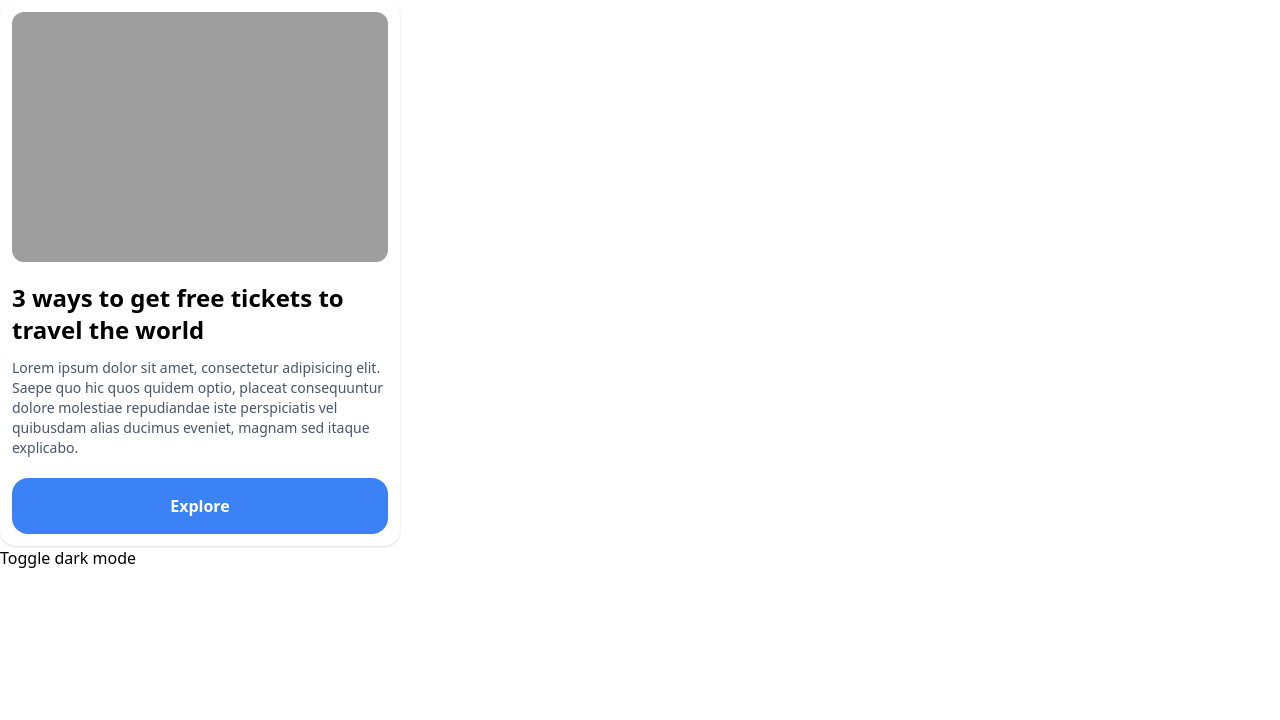
Repository: hoang0508/Learn-Redux-Evon
Page: /
An editor plug-in stored every save of this project. The page is shown before and after the next save, followed by the edit.
The browser window is 1280 px wide. The pictures show the whole page.
Pictures or frames that could not be fetched are drawn as grey boxes. The project was rebuilt for these pictures with package versions that can differ from the ones it lists, and the page was loaded fresh each time. Also part of the build but not shown: src/App.css.

Above is the page before, as saved 2022-06-20 09:20:41.

### src/index.js
import React from "react";
import { createRoot } from "react-dom/client";
import App from "./App";
import reportWebVitals from "./reportWebVitals";
import "./index.css";
import { Provider } from "react-redux";
import store from "./redux-tookit/configureStore";

const container = document.getElementById("root");
const root = createRoot(container);

root.render(
  <React.StrictMode>
    <Provider store={store}>
      <App />
    </Provider>
  </React.StrictMode>
);

// If you want to start measuring performance in your app, pass a function
// to log results (for example: reportWebVitals(console.log))
// or send to an analytics endpoint. Learn more: https://bit.ly/CRA-vitals
reportWebVitals();

### src/App.js
import React, { useEffect, useState } from "react";
import { useSelector, useDispatch } from "react-redux";
import "./App.css";
import Counter from "./components/Counter";
import useDarkMode from "./hooks/useDarkMode";
import { toggleDarkMode } from "./redux-tookit/globalSlice";
import Card from "./uis/Card";

function App() {
  // const count = useSelector((state) => state.counter.count);
  const globalOptions = useSelector((state) => state.global);
  const dispatch = useDispatch();
  const [darkMode, setDarkMode] = useDarkMode();
  console.log("🚀 ~ file: App.js ~ line 14 ~ App ~ darkMode", darkMode);

  useEffect(() => {
    dispatch(toggleDarkMode(darkMode));
  }, [darkMode]);

  const handleToggleDarkMode = () => {
    setDarkMode(!darkMode);
    dispatch(toggleDarkMode(!darkMode));
  };

  return (
    <>
      {/* <h2>This is count : {count}</h2>
      <Counter /> */}
      <Card />
      <button onClick={handleToggleDarkMode}>Toggle dark mode</button>
    </>
  );
}

export default App;

### src/redux-tookit/configureStore.js
import { configureStore, combineReducers } from "@reduxjs/toolkit";
import counterSlice from "./counterSlice";
import globalSlice from "./globalSlice";

const reducer = combineReducers({
  counter: counterSlice,
  global: globalSlice,
});

const store = configureStore({
  // reducer
  reducer: reducer,
});

export default store;

### src/hooks/useDarkMode.js
import { useEffect } from "react";
import useLocalStorage from "./useLocalStrorage";
import useMedia from "./useMedia";

export default function useDarkMode() {
  // Use our useLocalStorage hook to persist state through a page refresh.
  // Read the recipe for this hook to learn more: usehooks.com/useLocalStorage
  const [enabledState, setEnabledState] = useLocalStorage("dark-mode-enabled");
  // See if user has set a browser or OS preference for dark mode.
  // The usePrefersDarkMode hook composes a useMedia hook (see code below).
  // const prefersDarkMode = usePrefersDarkMode();
  // If enabledState is defined use it, otherwise fallback to prefersDarkMode.
  // This allows user to override OS level setting on our website.
  const enabled = typeof enabledState !== "undefined" ? enabledState : false;
  // Fire off effect that add/removes dark mode class
  useEffect(
    () => {
      const className = "dark";
      const element = window.document.documentElement;
      if (enabled) {
        element.classList.add(className);
      } else {
        element.classList.remove(className);
      }
    },
    [enabled] // Only re-call effect when value changes
  );
  // Return enabled state and setter
  return [enabled, setEnabledState];
}
// Compose our useMedia hook to detect dark mode preference.
// The API for useMedia looks a bit weird, but that's because ...
// ... it was designed to support multiple media queries and return values.
// Thanks to hook composition we can hide away that extra complexity!
// Read the recipe for useMedia to learn more: usehooks.com/useMedia
function usePrefersDarkMode() {
  return useMedia(["(prefers-color-scheme: dark)"], [true], false);
}

### src/redux-tookit/globalSlice.js
import { createSlice } from "@reduxjs/toolkit";

const globalSlice = createSlice({
  name: "global",
  initialState: {
    darkMode: false,
  },
  reducers: {
    toggleDarkMode: (state, { payload }) => ({
      ...state,
      darkMode: payload,
    }),
  },
});

export const { toggleDarkMode } = globalSlice.actions;
export default globalSlice.reducer;

### src/uis/Card.js
import React from "react";

const Card = () => {
  return (
    <div className="w-[400px] bg-white p-3 rounded-2xl shadow dark:bg-slate-900">
      <div className="card-image h-[250px] mb-5">
        <img
          src="https://cdn.dribbble.com/users/2400293/screenshots/16378193/media/e9ad5ebe9dd6822be9ee622c7465d9e5.png?compress=1&resize=1200x900&vertical=top"
          alt=""
          className="object-cover w-full h-full rounded-xl"
        />
      </div>
      <div className="card-content">
        <h3 className="mb-3 text-2xl font-bold card-title dark:text-white">
          3 ways to get free tickets to travel the world
        </h3>
        <p className="mb-5 text-sm text-slate-600 card-desc dark:text-slate-100">
          Lorem ipsum dolor sit amet, consectetur adipisicing elit. Saepe quo
          hic quos quidem optio, placeat consequuntur dolore molestiae
          repudiandae iste perspiciatis vel quibusdam alias ducimus eveniet,
          magnam sed itaque explicabo.
        </p>
        <a
          href="/#"
          className="block p-4 font-semibold text-center text-white bg-blue-500 card-details rounded-2xl"
        >
          Explore
        </a>
      </div>
    </div>
  );
};

export default Card;

### src/redux-tookit/counterSlice.js
import { createSlice } from "@reduxjs/toolkit";

const counterSlice = createSlice({
  name: "counter",
  initialState: {
    count: 0,
  },
  reducers: {
    increment: (state) => ({
      ...state,
      count: state.count + 1,
    }),
    decrement: (state) => ({
      ...state,
      count: state.count - 1,
    }),

    addamount: (state, action) => {
      return {
        ...state,
        count: state.count + action.payload,
      };
    },
  },
});

// Action creators are generated for each case reducer function
export const { increment, decrement, addamount } = counterSlice.actions;

export default counterSlice.reducer;

### src/hooks/useLocalStrorage.js
import { useState } from "react";

export default function useLocalStorage(key, initialValue) {
  // State to store our value
  // Pass initial state function to useState so logic is only executed once
  const [storedValue, setStoredValue] = useState(() => {
    if (typeof window === "undefined") {
      return initialValue;
    }
    try {
      // Get from local storage by key
      const item = window.localStorage.getItem(key);
      // Parse stored json or if none return initialValue
      return item ? JSON.parse(item) : initialValue;
    } catch (error) {
      // If error also return initialValue
      console.log(error);
      return initialValue;
    }
  });
  // Return a wrapped version of useState's setter function that ...
  // ... persists the new value to localStorage.
  const setValue = (value) => {
    try {
      // Allow value to be a function so we have same API as useState
      const valueToStore =
        value instanceof Function ? value(storedValue) : value;
      // Save state
      setStoredValue(valueToStore);
      // Save to local storage
      if (typeof window !== "undefined") {
        window.localStorage.setItem(key, JSON.stringify(valueToStore));
      }
    } catch (error) {
      // A more advanced implementation would handle the error case
      console.log(error);
    }
  };
  return [storedValue, setValue];
}

### src/hooks/useMedia.js
import { useEffect, useState } from "react";

export default function useMedia(queries, values, defaultValue) {
  // Array containing a media query list for each query
  const mediaQueryLists = queries.map((q) => window.matchMedia(q));
  // Function that gets value based on matching media query
  const getValue = () => {
    // Get index of first media query that matches
    const index = mediaQueryLists.findIndex((mql) => mql.matches);
    // Return related value or defaultValue if none
    return typeof values[index] !== "undefined" ? values[index] : defaultValue;
  };
  // State and setter for matched value
  const [value, setValue] = useState(getValue);
  useEffect(
    () => {
      // Event listener callback
      // Note: By defining getValue outside of useEffect we ensure that it has ...
      // ... current values of hook args (as this hook callback is created once on mount).
      const handler = () => setValue(getValue);
      // Set a listener for each media query with above handler as callback.
      mediaQueryLists.forEach((mql) => mql.addListener(handler));
      // Remove listeners on cleanup
      return () =>
        mediaQueryLists.forEach((mql) => mql.removeListener(handler));
    },
    [] // Empty array ensures effect is only run on mount and unmount
  );
  return value;
}

### src/components/Counter.js
import React, { useState } from "react";
import { useDispatch, useSelector } from "react-redux";
import { decrement, increment, addamount } from "../redux-tookit/counterSlice";
// import {
//   addamount,
//   decrement,
//   increment,
//   incrementAsync,
//   incrementIfOdd,
// } from "../redux/counter";

const Counter = (props) => {
  const [incrementAmount, setIncrementAmount] = useState(2);
  const count = useSelector((state) => state.counter.count);
  const dispatch = useDispatch();
  const handleIncrement = () => {
    // setCount(() => count + 1);
    dispatch(increment());
  };
  const handleDecrement = () => {
    // setCount(() => count - 1);
    dispatch(decrement());
  };

  // increment addAmount
  const handleAddAmount = () => {
    dispatch(addamount(Number(incrementAmount)));
  };

  // // increment async
  // const handleIncrementAsync = () => {
  //   dispatch(incrementAsync(Number(incrementAmount)));
  // };

  //
  // const handleIncrementIfOdd = () => {
  //   dispatch(incrementIfOdd(Number(incrementAmount)));
  // };
  return (
    <div className="flex flex-col items-center p-5 bg-white shadow w-[400px] mx-auto mt-10">
      <h2 className="mb-5">Count: {count}</h2>
      <div className="flex justify-center items-center gap-x-5">
        <button
          className="inline-block border-gray-200 p-2 border"
          onClick={handleIncrement}
        >
          Increment
        </button>
        <button
          className="inline-block border-gray-200 p-2 border"
          onClick={handleDecrement}
        >
          Decrement
        </button>
      </div>
      <div className="mt-3">
        <input
          className="border border-gray-200 p-3"
          type="number"
          value={incrementAmount}
          onChange={(e) => setIncrementAmount(e.target.value)}
        />
        <button
          onClick={handleAddAmount}
          className="inline-block border-gray-200 p-2 border bg-blue-500 text-white"
        >
          Add Amount
        </button>
      </div>
      {/*
      <div>
        <button
          onClick={handleIncrementAsync}
          className="inline-block border-gray-200 p-2 border bg-green-500 text-white"
        >
          Add Async
        </button>
      </div>
      <div>
        <button
          onClick={handleIncrementIfOdd}
          className="inline-block border-gray-200 p-2 border bg-purple-500 text-white"
        >
          Add If odd
        </button>
      </div> */}
    </div>
  );
};

export default Counter;

Loaded but not shown: public/index.html (common file); src/reportWebVitals.js (common file); src/index.css (common file); tailwind.config.js (common file)

After the next save:
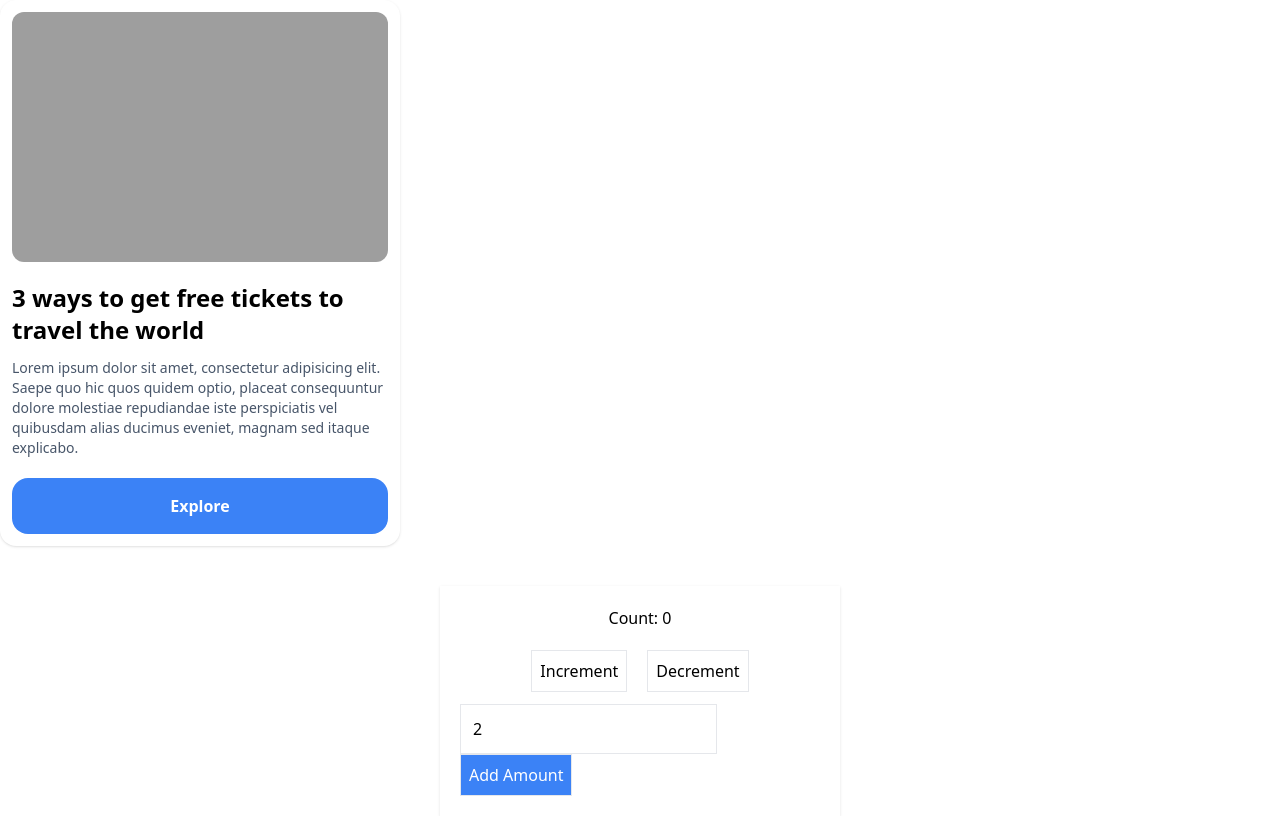
Saved 17 min 2 s later.
--- a/src/App.js
+++ b/src/App.js
@@ -24,10 +24,9 @@ function App() {
 
   return (
     <>
-      {/* <h2>This is count : {count}</h2>
-      <Counter /> */}
+      {/* <h2>This is count : {count}</h2> */}
       <Card />
-      <button onClick={handleToggleDarkMode}>Toggle dark mode</button>
+      <Counter />
     </>
   );
 }
